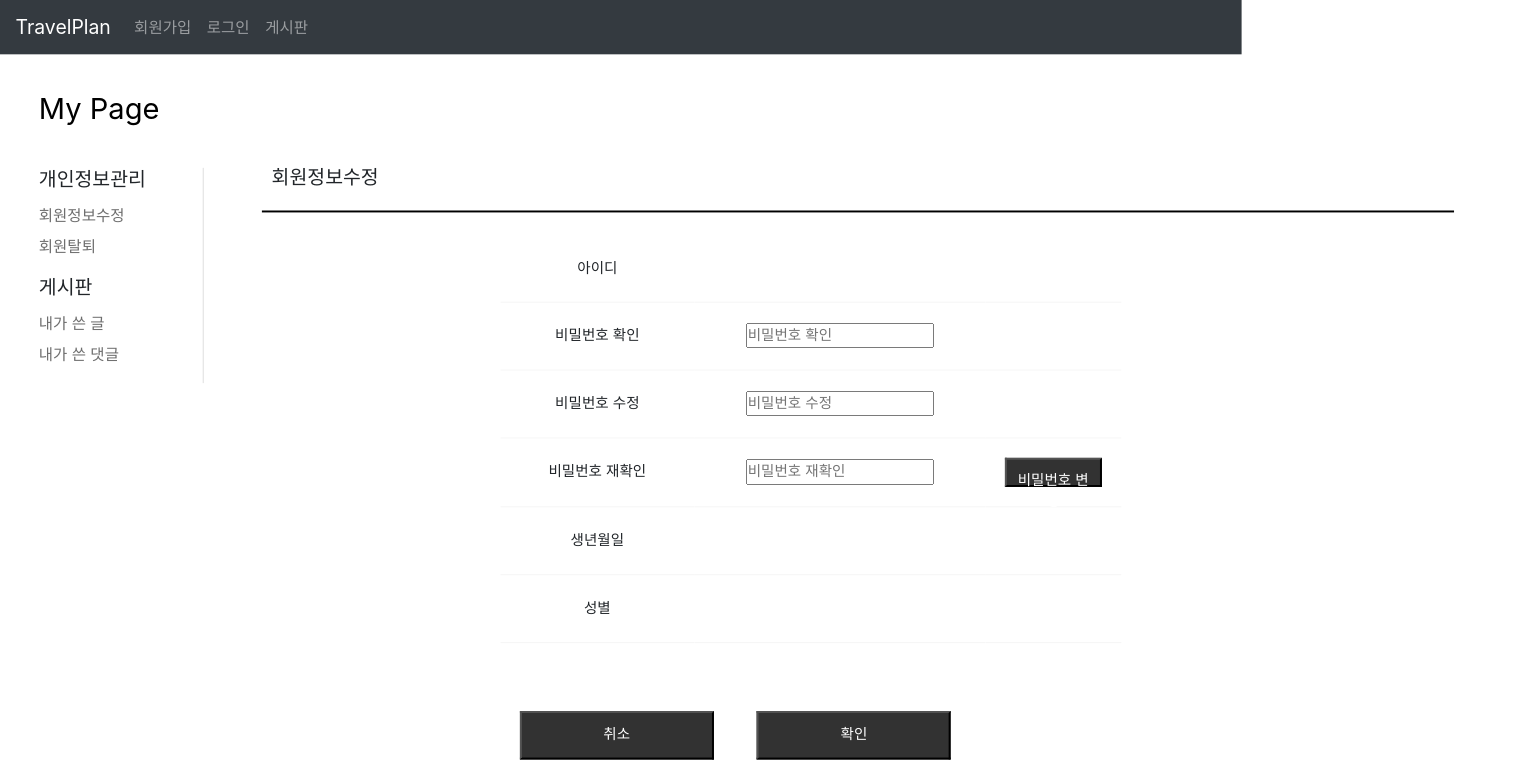
Repository: sna145815/Travel_v1
Page: http://localhost/Travel_v1/mypage
The author's editor kept a copy of each file at every save. The page is drawn from the files as they stood at one save, then again after the next save.
The browser window is 1280 px wide. The page is 1560 px wide, so the pictures cover 1560 px, including what lies to the right of the window. The pictures show the whole page, at 97% of full size.
The page is served by Tomcat 9. Other server files are loaded and not shown. Queries for data that is not in the repository find no rows.

Above is the page before, as saved 2022-11-07 07:53:48.

### Travel_v1/src/main/webapp/WEB-INF/view/mypage.jsp
<%@ page language="java" contentType="text/html; charset=UTF-8"
    pageEncoding="UTF-8"%>
<%@ include file="/layout/header.jsp" %>

<!DOCTYPE html>
<html>
<head>
	<meta charset="UTF-8">
	<style>
		* {
			margin: 0;
			padding: 0;
		}
		#wrap {
			width: auto;
			min-width: 1560px;
			max-width: 1880px;
			padding: 0px 40px;
			margin: 0px auto;
			box-sizing: border-box;
		}
		#sub_header {
			position: relative;
			padding: 0px 0px 10px;
			margin: 0px auto;
		}
		.visual_area {
			padding: 5px 0px 8px;
			font-size: inherit;
			font-weight: normal;
		}
		.txt > a {
			display: inline-block;
			font-size: 30px;
			font-weight: normal;
			color: rgb(0, 0, 0);
		}
		.menu_area {
			float : left;
			width : 270px;
			border-right: 1px solid #ddd;
		}
		.content_right {
			position: absolute;
			left: 270px;
			top: 200;
			right: 0;
			min-width: 1229px;
		}
		.menu_area {
		 	width: 170px;
		 	float: left;
		 	margin: 24px 40px 0px 0px;
		 	font-size: 14px;
		}
		.menu1, .menu2 {
			display: flex;
			flex-direction: column;
			padding-bottom: 15px;
		}
		.update, .delete, .post, .comment {
			display: flex;
			margin-top: 2px;
			font-size: 16px;
			line-height: 30px;
			color: rgb(110, 110, 110);
		}
		.content-right {
			padding: 0;
			float: right;
		}
		.sectiontitle {
			border-bottom: 2px solid #000000;
			padding-left: 10px;
			padding-bottom: 14px;
			margin-top: 22px;
			line-height: 1.5px;
			font-size: 14px;
			position: relative;
		}
		.sectiontable {
			margin-top: 22px;
			padding: 10px;
			font-size: 15px;
			border-collapse: collapse;
			table-layout: fixed;
			margin-left: 20%;
		}
		tr {
			height: 70px;
			padding: 10px;
			box-sizing: border-box;
			border-bottom: 1px solid #f5f5f5;
			text-align: center;
			vertical-align: middle;
			word-break: break-all;
		}
		.button {
			margin-top: 50px;
			margin-left: 20%;
		}
		.btn_update {
			width: 100px;
			height: 30px;
			margin: 20px;
			padding: 10px;
			font-size: 15px;
			border-collapse: collapse;
			vertical-align: middle;
			color: rgb(255, 255, 255);
			background-color: rgb(50, 50, 50);
		}
		.btn_cancel, .btn_check {
			width: 200px;
			height: 50px;
			margin: 20px;
			padding: 10px;
			font-size: 15px;
			border-collapse: collapse;
			vertical-align: middle;
			color: rgb(255, 255, 255);
			background-color: rgb(50, 50, 50);
		}
	</style>
</head>
<body>
	<div id="wrap">
		<div id ="header">
			<div class="visual_area">
				<h1 class="txt">
					<a href="/mypage">My Page</a>
				</h1>
			</div>
		</div>
		<div id ="content_area">
			<div class ="content">
				<div class="content_in">
					<!-- 좌측 메뉴 -->
					<nav class="menu_area">
						<div class="menu1">
							<h5>개인정보관리</h5>
							<a href="/mypage" class="update">회원정보수정</a>
							<a href="/deleteuser" class="delete">회원탈퇴</a>
						</div>
						<div class="menu2">
							<h5>게시판</h5>
							<a href="#" class="post">내가 쓴 글</a>
							<a href="#" class="comment">내가 쓴 댓글</a>
						</div>
					</nav>
					<!-- 콘텐츠 내용 -->
					<section class ="content_right">
						<header class="sectiontitle">
							<h5>회원정보수정</h5>
						</header>
						<div>
							<table class="sectiontable">
								<tr>
									<td width=200px>아이디<td>
									<td id="userId" width=300px><strong>${user.id}</strong></td>
								</tr>
								<tr>
									<td>비밀번호 확인<td>
									<td><input type="password" id="userPwd" placeholder="비밀번호 확인" size=15/></td>
									<td><span id="checkpw"></span></td>
								</tr>
								<tr>
									<td>비밀번호 수정<td>
									<td><input type="password" id="upPwd" placeholder="비밀번호 수정" size=15/></td>
								</tr>
								<tr>
									<td>비밀번호 재확인<td>
									<td><input type="password" id="PwdR" placeholder="비밀번호 재확인" size=15/></td>
									<td>

										<form action="/mypage" method="post">
											<span id="checkpwdr"><button type="submit" class="btn_update">비밀번호 변경</button></span>
										</form>
									</td>
								</tr>
								<tr>
									<td>생년월일<td>
									<td id="userbirth"><strong>${user.date}</strong></td>
								</tr>
								<tr>
									<td>성별<td>
									<td id="userGender"><strong>${user.gender}</strong></td>
								</tr>
							</table>
						</div>
						<div class="button">
							<span>
								<button type="submit" class="btn_cancel" onclick="location.reload()">취소</button>
							</span>
							<span>
								<button type="submit" class="btn_check" onclick="location.href = '/main';">확인</button>
							</span>
						</div>
					</section>
				</div>
			</div>
		</div>
	</div>
</body>
</html>

### Travel_v1/src/main/webapp/layout/header.jsp
<%@ page language="java" contentType="text/html; charset=UTF-8"
    pageEncoding="UTF-8"%>
<!DOCTYPE html>

<head>
  <title>TravelPlan</title>
  <meta charset="utf-8">
  <meta name="viewport" content="width=device-width, initial-scale=1">
  <link rel="stylesheet" href="https://cdn.jsdelivr.net/npm/bootstrap@4.6.1/dist/css/bootstrap.min.css">
  <script src="https://cdn.jsdelivr.net/npm/jquery@3.6.0/dist/jquery.slim.min.js"></script>
  <script src="https://cdn.jsdelivr.net/npm/popper.js@1.16.1/dist/umd/popper.min.js"></script>
  <script src="https://cdn.jsdelivr.net/npm/bootstrap@4.6.1/dist/js/bootstrap.bundle.min.js"></script>
</head>
<body>

<nav class="navbar navbar-expand-md bg-dark navbar-dark">
  <a class="navbar-brand" href="/main">TravelPlan</a>
  <button class="navbar-toggler" type="button" data-toggle="collapse" data-target="#collapsibleNavbar">
    <span class="navbar-toggler-icon"></span>
  </button>
  <div class="collapse navbar-collapse" id="collapsibleNavbar">
    <ul class="navbar-nav">
      <li class="nav-item">
        <a class="nav-link" href="/join">회원가입</a>
      </li>
      <li class="nav-item">
        <a class="nav-link" href="/login">로그인</a>
      </li>
      <li class="nav-item">
        <a class="nav-link" href="/board?cmd=getlist">게시판</a>
      </li>
    </ul>
  </div>
</nav>
<br>

### Travel_v1/src/main/java/controller/mypagecontroller.java
package controller;

import java.io.IOException;

import javax.servlet.RequestDispatcher;
import javax.servlet.ServletException;
import javax.servlet.annotation.WebServlet;
import javax.servlet.http.HttpServlet;
import javax.servlet.http.HttpServletRequest;
import javax.servlet.http.HttpServletResponse;
import javax.servlet.http.HttpSession;

import model.usermodel;

import service.userservice;

@WebServlet("/mypage")
public class mypagecontroller extends HttpServlet {
	private static final long serialVersionUID = 1L;


    public mypagecontroller() {

    }


	protected void doGet(HttpServletRequest request, HttpServletResponse response) throws ServletException, IOException {
		HttpSession session = request.getSession();
		String id = (String)session.getAttribute("id");

		usermodel user = new usermodel();

		userservice service = new userservice();

		user = service.Selectuser(id);

		//오류 처리 필요
		request.setAttribute("user", user);
		RequestDispatcher rq = request.getRequestDispatcher("WEB-INF/view/mypage.jsp");
	    rq.forward(request, response);
	}

	protected void doPost(HttpServletRequest request, HttpServletResponse response) throws ServletException, IOException {
		request.setCharacterEncoding("utf-8");
		String pwd = request.getParameter("pwd");
		String uppwd = request.getParameter("uppwd");
		String uppwdr = request.getParameter("pwdr");

		HttpSession session = request.getSession();
		String id = (String) session.getAttribute("id");

		userservice service = new userservice();

		if(service.Checkpwd(pwd, id) == 1)
		{
			if(uppwd.equals(uppwdr))
			{
				if(service.Updatepwd(uppwd, id) == 1)
				{
					request.setAttribute("Result", true);
				}
				else
				{
					request.setAttribute("Result", false);
				}
			}
			RequestDispatcher rq = request.getRequestDispatcher("WEB-INF/view/updateresult.jsp");
		    rq.forward(request, response);
		}
		else
		{
			RequestDispatcher rq = request.getRequestDispatcher("WEB-INF/view/mypage.jsp");
		    rq.forward(request, response);
		}
	}
}

### Travel_v1/src/main/java/model/usermodel.java
package model;

import java.util.Date;

public class usermodel {
	private String id;
	private String pwd;
	private String name;
	private Date date;
	private String gender;


	public usermodel() {

	}


	public String getId() {
		return id;
	}


	public void setId(String id) {
		this.id = id;
	}


	public String getPwd() {
		return pwd;
	}


	public void setPwd(String pwd) {
		this.pwd = pwd;
	}


	public String getName() {
		return name;
	}


	public void setName(String name) {
		this.name = name;
	}


	public Date getDate() {
		return date;
	}


	public void setDate(Date date) {
		this.date = date;
	}


	public String getGender() {
		return gender;
	}


	public void setGender(String gender) {
		this.gender = gender;
	}


}

### Travel_v1/src/main/java/service/userservice.java
package service;


import java.sql.Connection;
import java.sql.Date;
import java.sql.PreparedStatement;
import java.sql.ResultSet;
import java.sql.SQLException;

import config.DB;
import model.usermodel;


public class userservice {

	//회원가입
	public int Signup(usermodel model)
	{
		String sql = "INSERT INTO user VALUES (?,?,?,?,?)";
		Connection conn = DB.getConnection();
		PreparedStatement pstmt = null;

		try
		{
            pstmt = conn.prepareStatement(sql);

            pstmt.setString(1, model.getId());
            pstmt.setString(2, model.getPwd());
            pstmt.setString(3, model.getName());
            pstmt.setDate(4, (Date) model.getDate());
            pstmt.setString(5, model.getGender());

            if(pstmt.executeUpdate() !=1)
            {
                return 0;
            }
            return 1;
        }
		catch(Exception e)
		{
			e.printStackTrace();
			return 0;
		}
		finally
		{
			DB.close(conn,pstmt);
		}
    }

	//비밀번호 변경
	public int Updatepwd(String uppwd, String id)
	{
		String sql = "UPDATE user set password = ? where id = ?";
		Connection conn = DB.getConnection();
		PreparedStatement pstmt = null;

		try
		{
			pstmt = conn.prepareStatement(sql);

            pstmt.setString(1, uppwd);
            pstmt.setString(2, id);

            if(pstmt.executeUpdate() !=1)
            {
                return 0;
            }
            return 1;
        }
		catch(Exception e)
		{
			e.printStackTrace();
			return 0;
		}
		finally
		{
			DB.close(conn,pstmt);
		}
	}

	//비밀번호 확인
	public int Checkpwd(String pwd, String id)
	{
		String sql = "SELECT password from user where id = ?";
		Connection conn = DB.getConnection();
		PreparedStatement pstmt = null;
		ResultSet rs = null;

		try
		{
			pstmt = conn.prepareStatement(sql);

			pstmt.setString(1, id);

			rs = pstmt.executeQuery();

            if (rs.next())
            {
            	if(rs.getString(1).equals(pwd))
            		return 1;
                else
             	   return 0;	 //비밀번호 불일치
             }
             return -1;	//비밀번호 없음
        }
		catch(SQLException e)
		{
			e.printStackTrace();
			return 0;
		}
		finally
		{
			DB.close(conn, pstmt, rs);
		}
	}

	//회원 삭제
	public int Deleteuser(String pwd)
	{
		String sql = "DELETE FROM user where password = ?";
		Connection conn = DB.getConnection();
		PreparedStatement pstmt = null;

		try
		{
            pstmt = conn.prepareStatement(sql);

            pstmt.setString(1, pwd);

            if(pstmt.executeUpdate() !=1)
            {
                return 0;
            }
            return 1;
        }
		catch(Exception e)
		{
			e.printStackTrace();
			return 0;
		}
	}

	//회원 정보 불러오기
	public usermodel Selectuser(String id)
	{
		String sql = "SELECT * FROM user where id = ?";
		Connection conn = DB.getConnection();
		PreparedStatement pstmt = null;
		ResultSet rs = null;

		usermodel user = new usermodel();

		try
		{
			pstmt = conn.prepareStatement(sql);

			pstmt.setString(1, id);

			rs = pstmt.executeQuery();

			while (rs.next())
			{
				user.setId(rs.getString(1));		//id
				user.setPwd(rs.getString(2));		//password
				user.setName(rs.getString(3));		//name
				user.setDate(rs.getDate(4));		//birth
				user.setGender(rs.getString(5));	//gender
			}

			return user;
		}
		catch (Exception e)
		{
			e.printStackTrace();
			return null;
		}
		finally
		{
			DB.close(conn, pstmt, rs);
		}
	}


	//로그인
	public  int findbyuserid(usermodel model)
	{
		String sql = "SELECT password FROM user WHERE id = ?";
		Connection conn=DB.getConnection();
		PreparedStatement pstmt = null;
		ResultSet rs = null;

		try
		{
            pstmt = conn.prepareStatement(sql);

            pstmt.setString(1, model.getId());

            rs = pstmt.executeQuery();
            if (rs.next())
            {
               if (rs.getString(1).equals(model.getPwd()))
            	   return 1;		//로그인 성공
               else
            	   return 0;	//비밀번호 불일치
            }
            return -1;	//아이디가 없음
        }
		catch(SQLException e)
		{
			e.printStackTrace();
			return -2;	//오류
		}
		finally
		{
			DB.close(conn,pstmt,rs);
		}

	}

}

### Travel_v1/src/main/java/config/DB.java
package config;

import java.sql.Connection;
import java.sql.DriverManager;
import java.sql.PreparedStatement;
import java.sql.ResultSet;
import java.sql.SQLException;

public class DB {

	public static Connection getConnection()
	{
		try{
			 String jdbcUrl = "jdbc:mysql://localhost:3306/travel?useUnicode=true&characterEncoding=utf8";
		     String dbId = "root";
		     String dbPass = "1128";

			 Class.forName("com.mysql.cj.jdbc.Driver");
			 Connection con = DriverManager.getConnection(jdbcUrl,dbId ,dbPass);
			 return con;
		  }catch(Exception e){
			 e.printStackTrace();
		  }
		return null;
	}

	public static void close(Connection conn,PreparedStatement pstmt,ResultSet rs)
	{
		try {
			rs.close();
			pstmt.close();
			conn.close();
		} catch (SQLException e) {

			e.printStackTrace();
		}

	}

	public static void close(Connection conn,PreparedStatement pstmt)
	{
		try {
			pstmt.close();
			conn.close();
		} catch (SQLException e) {

			e.printStackTrace();
		}

	}
}

After the next save:
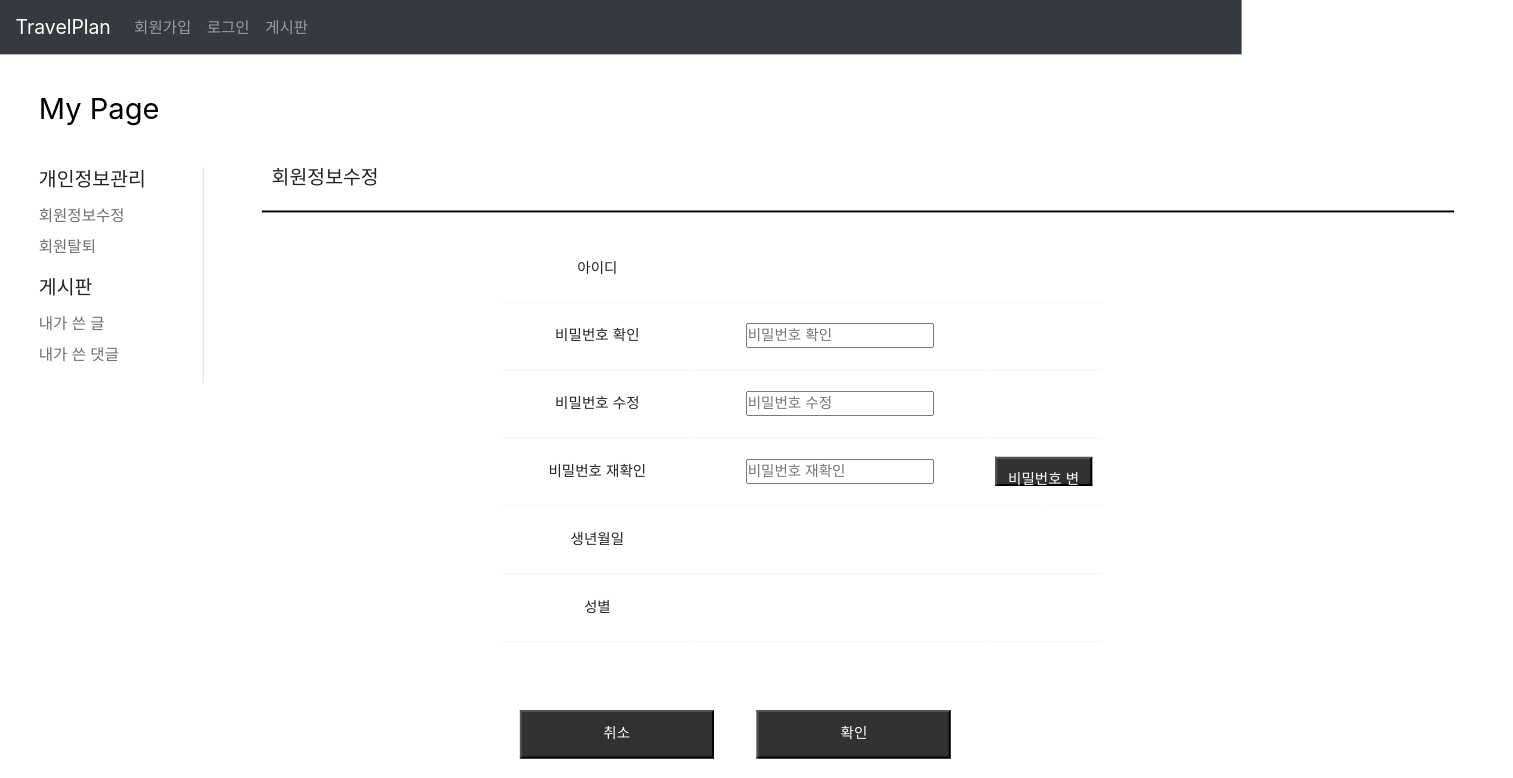
Saved 8 s later.
--- a/Travel_v1/src/main/webapp/WEB-INF/view/mypage.jsp
+++ b/Travel_v1/src/main/webapp/WEB-INF/view/mypage.jsp
@@ -102,7 +102,7 @@
 		.btn_update {
 			width: 100px;
 			height: 30px;
-			margin: 20px;
+			margin: 10px;
 			padding: 10px;
 			font-size: 15px;
 			border-collapse: collapse;
